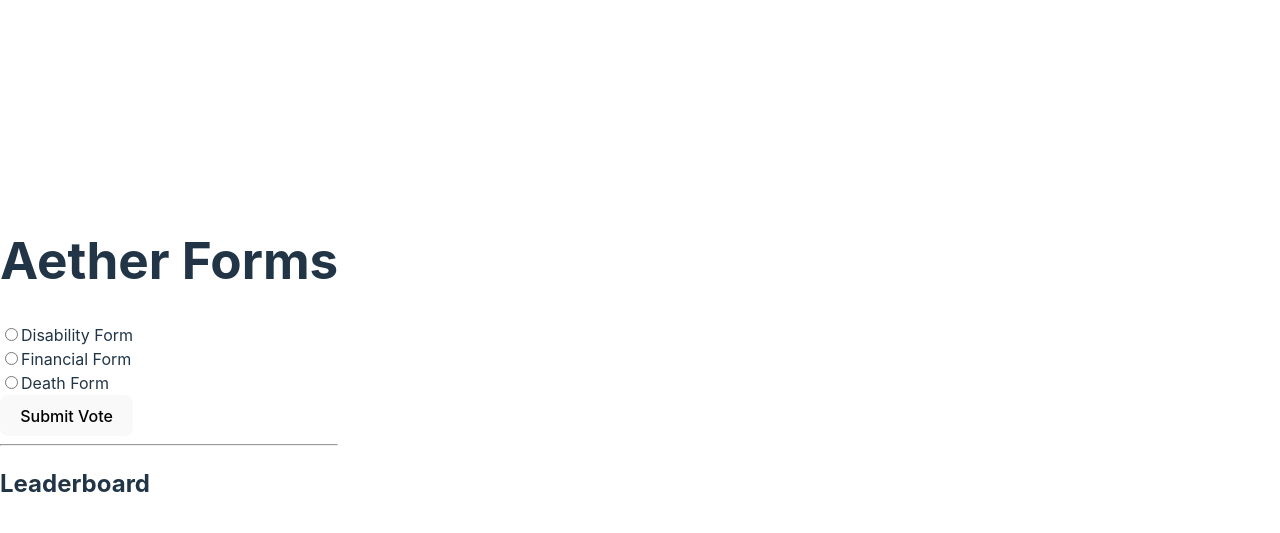
Repository: Jennica1/Aether-Top-Forms
Page: / (app in form-leaderboard-frontend/)
These files come from the project's save history. The page is drawn as it stood at one moment and after the next save; the edit follows.
The browser window is 1280 px wide. The pictures show the whole page.
The page's requests for data from a server got no answer. The project was rebuilt for these pictures with package versions that can differ from the ones it lists, and the page was loaded fresh each time. No one was signed in, and anything a server would have sent is missing. Also part of the build but not shown: form-leaderboard-frontend/vite.config.js.

Above is the page before, as saved 2024-11-26 17:11:22.

After the next save:
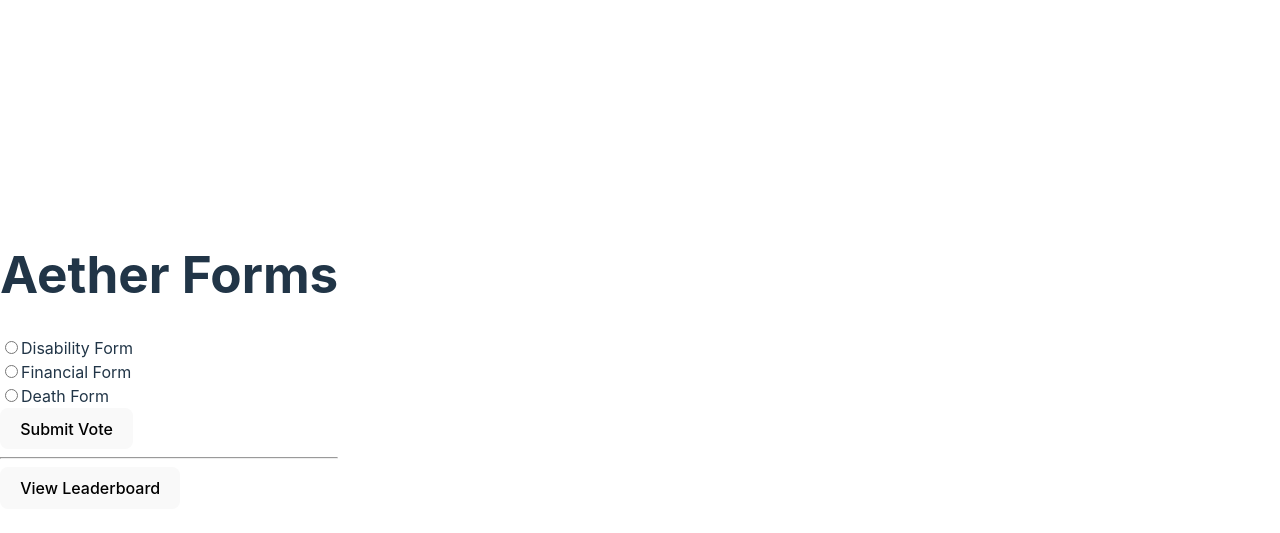
Saved 107 s later.
--- a/form-leaderboard-frontend/src/components/Leaderboard.jsx
+++ b/form-leaderboard-frontend/src/components/Leaderboard.jsx
@@ -1,38 +1,40 @@
-import React, { useState, useEffect } from "react";
+import React, { useState } from "react";
 import axios from "axios";
 
 const Leaderboard = () => {
   const [leaderboard, setLeaderboard] = useState([]);
   const [formDescriptions, setFormDescriptions] = useState({});
+  const [showLeaderboard, setShowLeaderboard] = useState(false);
 
-  useEffect(() => {
-    const fetchData = async () => {
-      try {
-        // Fetch leaderboard and descriptions
-        const [leaderboardData, descriptionsData] = await Promise.all([
-          axios.get("https://aether-top-forms-leaderboard.onrender.com/api/votes/leaderboard"),
-          axios.get("https://aether-top-forms-leaderboard.onrender.com/api/votes/form-details"),
-        ]);
-        setLeaderboard(leaderboardData.data);
-        setFormDescriptions(descriptionsData.data);
-      } catch (error) {
-        console.error("Error fetching leaderboard or descriptions:", error);
-      }
-    };
-    fetchData();
-  }, []);
+  const fetchLeaderboard = async () => {
+    try {
+      // Fetch leaderboard and descriptions
+      const [leaderboardData, descriptionsData] = await Promise.all([
+        axios.get("https://aether-top-forms-leaderboard.onrender.com/api/votes/leaderboard"),
+        axios.get("https://aether-top-forms-leaderboard.onrender.com/api/votes/form-details"),
+      ]);
+      setLeaderboard(leaderboardData.data);
+      setFormDescriptions(descriptionsData.data);
+      setShowLeaderboard(true); // Display leaderboard after fetching
+    } catch (error) {
+      console.error("Error fetching leaderboard or descriptions:", error);
+    }
+  };
 
   return (
     <div>
-      <h2>Leaderboard</h2>
-      <ul>
-        {leaderboard.map((entry) => (
-          <li key={entry._id}>
-            <strong>{entry._id}</strong>: {entry.count} votes
-            <p>{formDescriptions[entry._id] || "No description available."}</p>
-          </li>
-        ))}
-      </ul>
+      <button onClick={fetchLeaderboard}>View Leaderboard</button>
+
+      {showLeaderboard && (
+        <ul>
+          {leaderboard.map((entry) => (
+            <li key={entry._id}>
+              <strong>{entry._id}</strong>: {entry.count} votes
+              <p>{formDescriptions[entry._id] || "No description available."}</p>
+            </li>
+          ))}
+        </ul>
+      )}
     </div>
   );
 };
